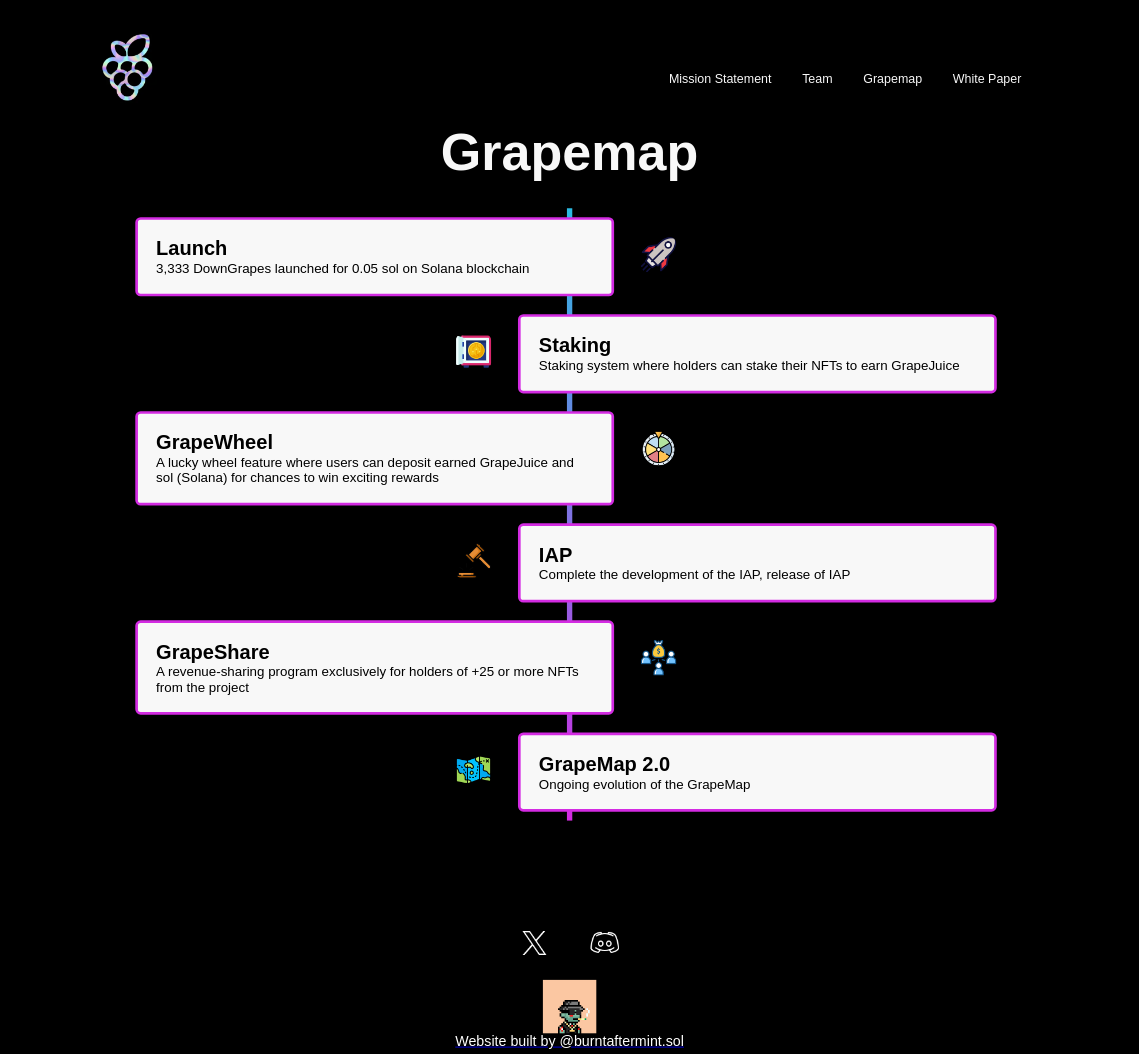
Repository: burntaftermint/downgrApes-NFTs
Page: grapemap.html
The author's editor kept a copy of each file at every save. The page is drawn from the files as they stood at one save, then again after the next save.
The browser window is 1280 px wide. The pictures show the whole page, at 89% of full size.
The pointer rests on the first visible `.burnt`.

Above is the page before, as saved 2023-11-11 05:23:32.

After the next save:
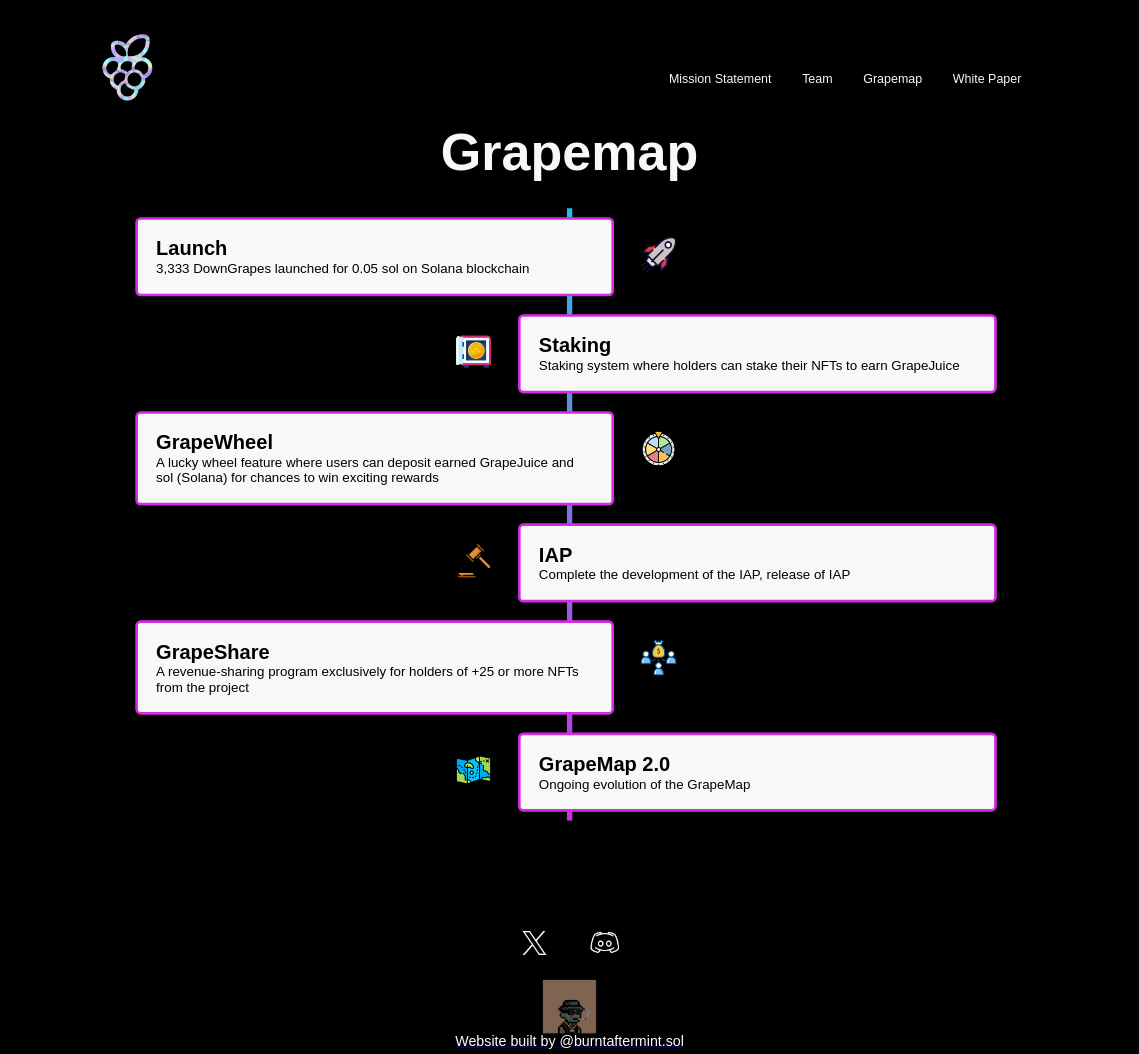
Saved 94 s later.
--- a/style.css
+++ b/style.css
@@ -328,6 +328,12 @@
 
 }
 
+.burnt:hover {
+    cursor: pointer;
+    opacity: 0.5;
+    transition: 0.2s;
+}
+
 
 
 @media only screen and (max-width:700px) {
